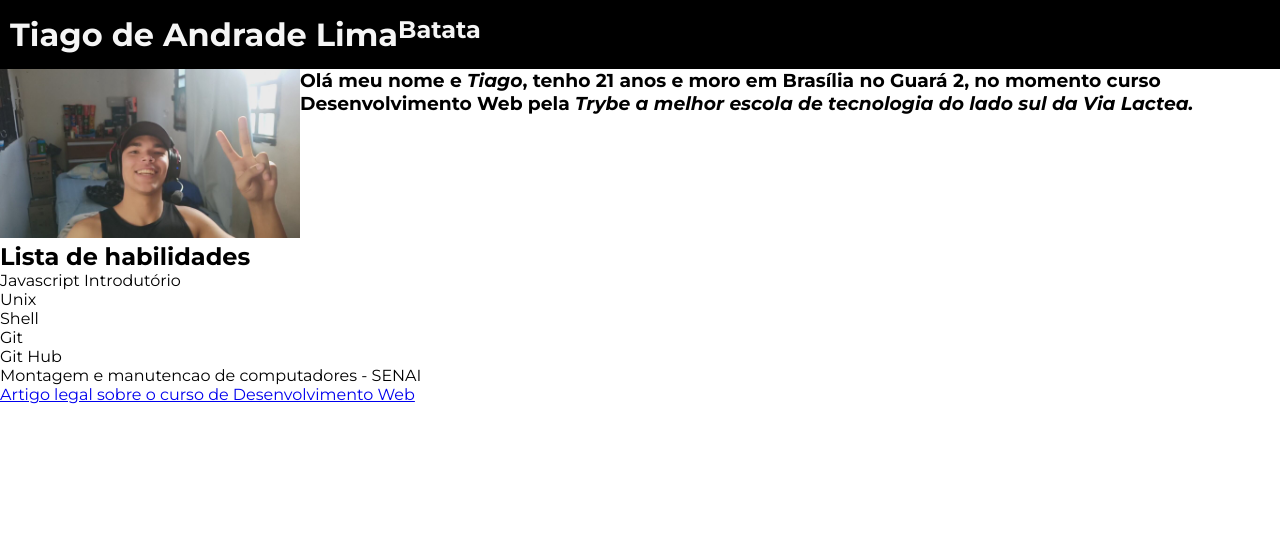
Repository: Batatiago/Batatiago.github.io
Page: index.html
These files come from the project's save history. The page is drawn as it stood at one moment and after the next save; the edit follows.
The browser window is 1280 px wide. The pictures show the whole page.

Above is the page before, as saved 2023-06-29 11:12:30.

### index.html
<!DOCTYPE html>
<html lang="pt-br">

<head>
  <meta charset="UTF-8">
  <title>Tiago de Andrade Lima</title>
  <link rel="preconnect" href="https://fonts.googleapis.com">
  <link rel="preconnect" href="https://fonts.gstatic.com" crossorigin>
  <link
    href="https://fonts.googleapis.com/css2?family=Montserrat:ital,wght@0,100;0,200;0,300;0,400;0,500;0,600;0,700;0,800;0,900;1,100;1,200;1,300;1,400;1,500;1,600;1,700;1,800;1,900&display=swap"
    rel="stylesheet">
  <link rel="stylesheet" href="style.css">
</head>

<body>
  <div class="header-container">
    <div class="header">
      <h1 class="meuNome"> Tiago de Andrade Lima</h1>
      <h2>Batata</h2>
    </div>
  </div>
  <div class="resumo">
    <img id="foto" src="2023-06-23-160707.jpg" alt="Imagem de Tiago" width="300px">
    <h3 class="descricao">Olá meu nome e <strong><em>Tiago</em></strong>, tenho 21 anos e moro em Brasília no Guará 2, no
      momento curso Desenvolvimento
      Web pela <strong><em>Trybe a melhor escola de tecnologia do lado sul da Via Lactea.</em></strong></h3>
  </div>
  <div>
    <h2>Lista de habilidades</h2>
    <ul>
      <li class="javascript">Javascript Introdutório</li>
      <li class="unix">Unix</li>
      <li class="shell">Shell</li>
      <li class="git">Git</li>
      <li class="gitHub">Git Hub</li>
      <li>Montagem e manutencao de computadores - SENAI</li>
    </ul>
  </div>
  <a href="https://blog.betrybe.com/carreira/frontend/" target="_blank">Artigo legal sobre o curso de Desenvolvimento
    Web</a>
</body>

</html>

### style.css
* {
    margin: 0;
    padding: 0;
    border: 0;
}

body {
    font-family: 'Montserrat', sans-serif;
}

.header-container {
    background-color: black;
    color: whitesmoke;
}

.header {
    padding: 15px 10px;
    width: 40%;
    margin: auto;
    display: inline-flex;
}

header h1 {
    font-family: 'Times New Roman', Times, serif;
}

header h2 {
    font-size: smaller;
}

.resumo {
    display: inline-flex;
    margin: 50px, 60px;
}

After the next save:
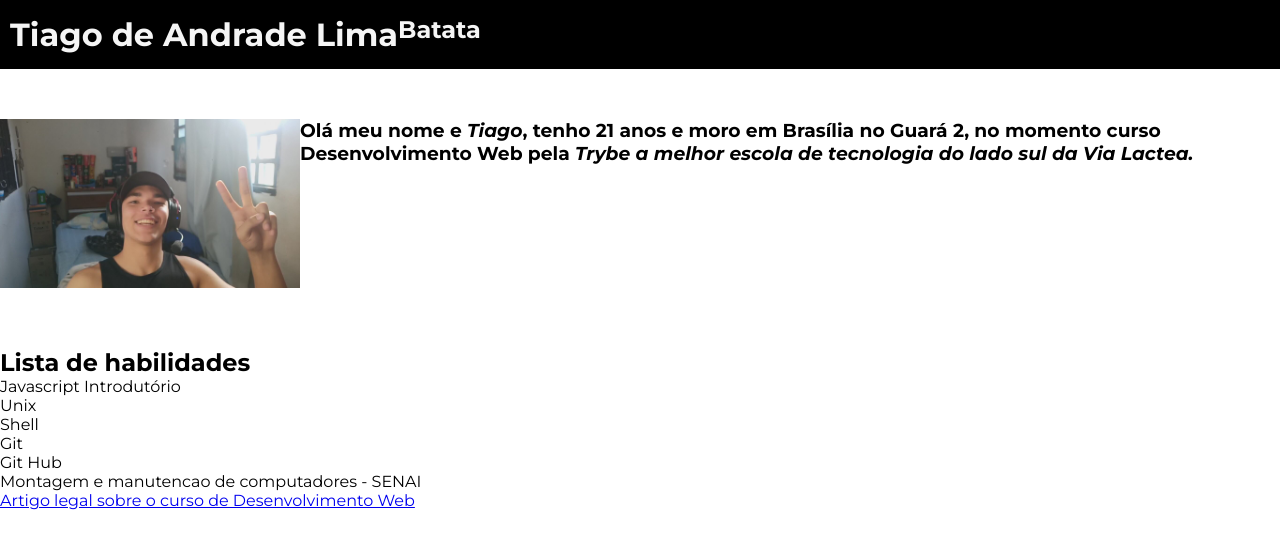
Saved 44 s later.
--- a/style.css
+++ b/style.css
@@ -30,5 +30,5 @@ header h2 {
 
 .resumo {
     display: inline-flex;
-    margin: 50px, 60px;
+    margin: 50px 0 60px 0;
 }
